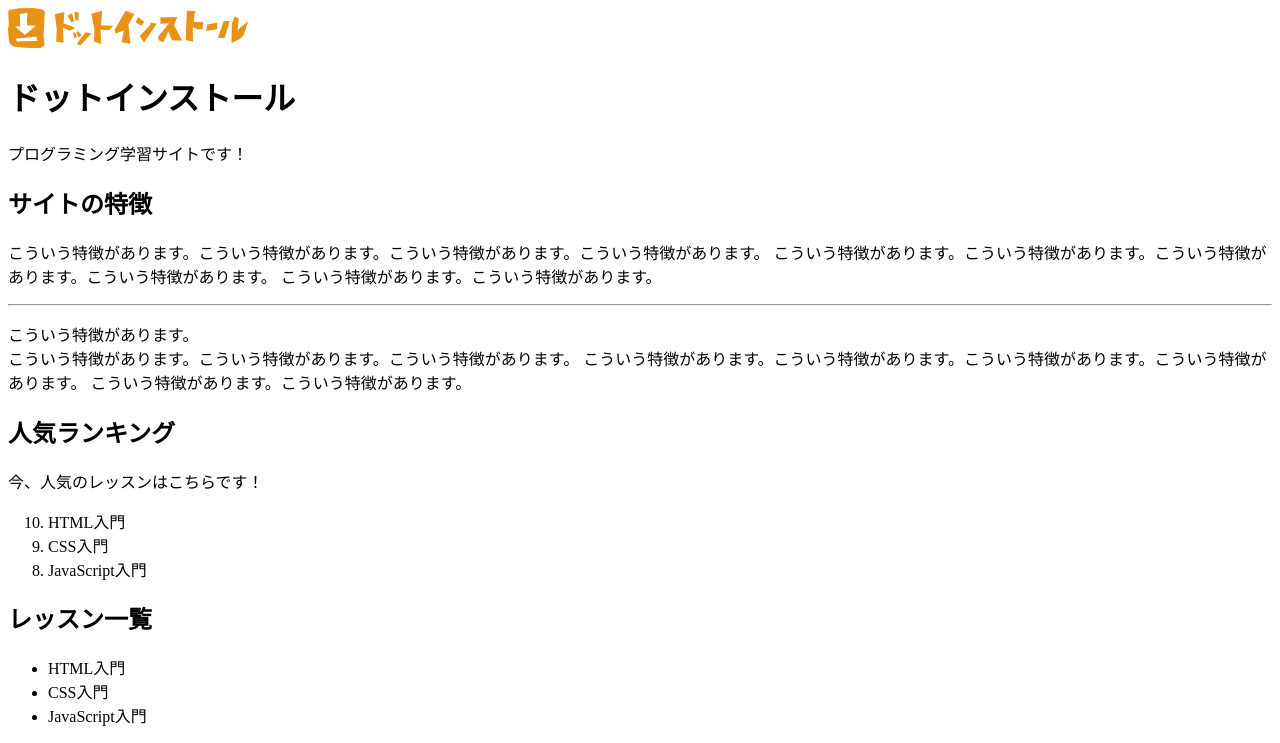
Repository: kojimayu/dotinstall-html
Page: index.html
These files come from the project's save history. The page is drawn as it stood at one moment and after the next save; the edit follows.
The browser window is 1280 px wide. The pictures show the whole page.

Above is the page before, as saved 2019-04-04 16:37:29.

After the next save:
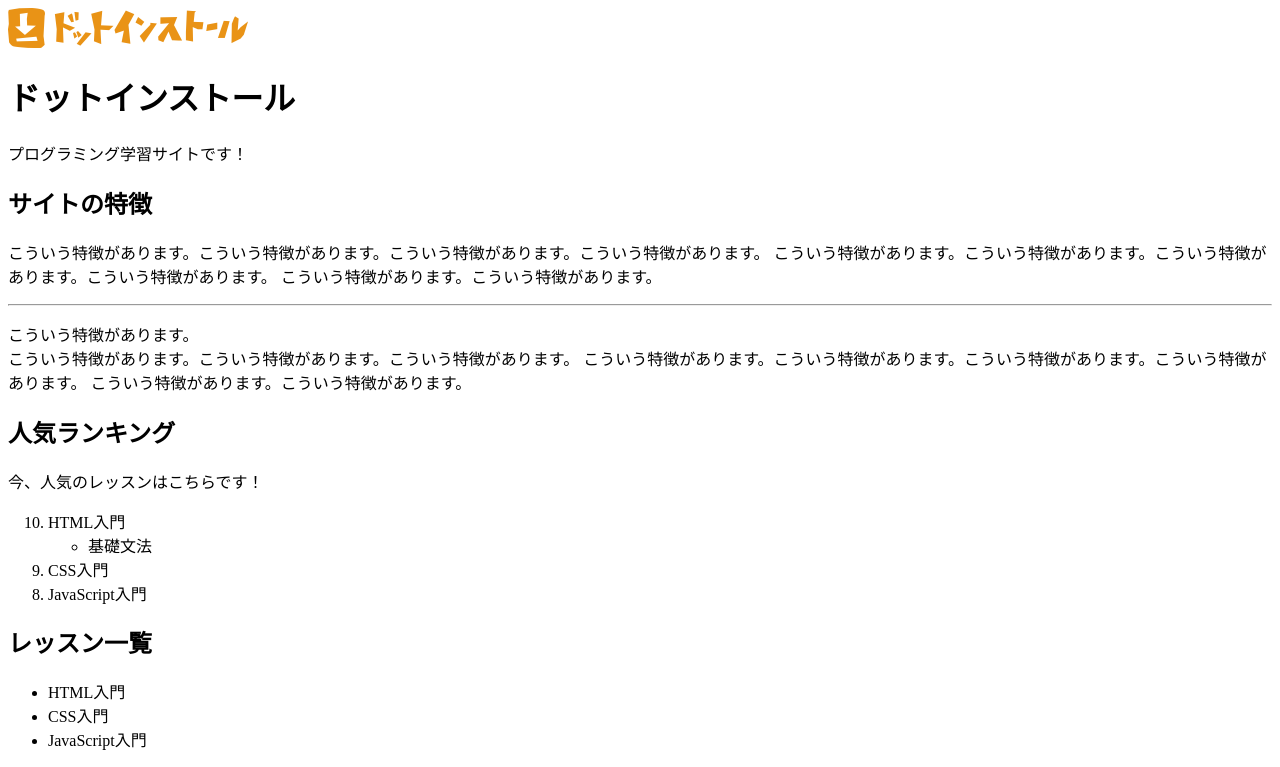
Saved 19 min 12 s later.
--- a/index.html
+++ b/index.html
@@ -27,7 +27,12 @@
     <h2>人気ランキング</h2>
     <p>今、人気のレッスンはこちらです！</p>
     <ol reversed start="10">
-        <li>HTML入門</li>
+        <li>
+            HTML入門
+            <ul>
+                <li>基礎文法</li>
+            </ul>
+        </li>
         <li>CSS入門</li>
         <li>JavaScript入門</li>
     </ol>
